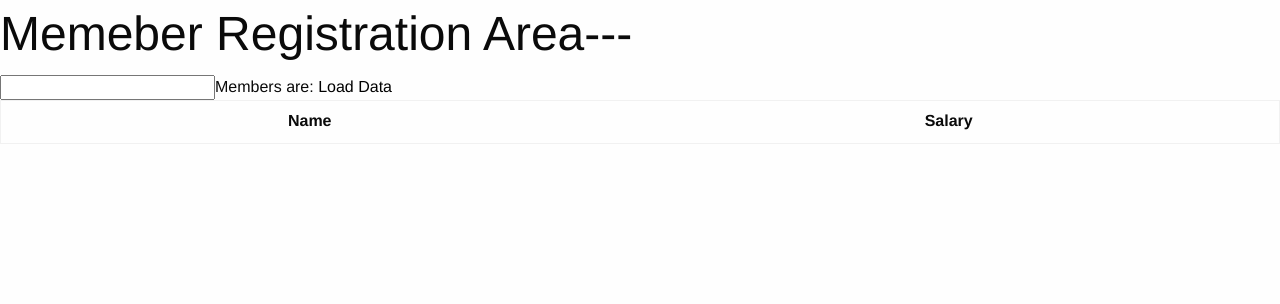
Repository: dhileepankruschev/spring-training
Page: http://localhost/Member/
An editor plug-in stored every save of this project. The page is shown before and after the next save, followed by the edit.
The browser window is 1280 px wide. The pictures show the whole page.
Some web libraries are served in a nearby version. The page is served by Tomcat 9. Nobody is signed in. The application's start-up code is not run. Other server files are loaded and not shown.

Above is the page before, as saved 2016-06-29 05:06:29.

### Member/src/main/webapp/index.jsp

<!DOCTYPE html PUBLIC "-//W3C//DTD HTML 4.01 Transitional//EN" "http://www.w3.org/TR/html4/loose.dtd">
<html>
<head>
<meta http-equiv="Content-Type" content="text/html; charset=ISO-8859-1">
<title>Insert title here</title>
<link
	href="https://cdnjs.cloudflare.com/ajax/libs/foundation/6.2.3/foundation.css"
	rel="stylesheet" />
</head>
<body ng-app="myApp" ng-controller="myController">


<h1>Memeber Registration Area---</h1>
<input type



	<h1>Members are:</h1>
	<button ng-click="loadData()">Load Data</button>
	<table>
		<tr>
			<th>Name</th>
			<th>Salary</th>
		</tr>

		<tr ng-repeat="member in members | orderBy:'name'">
			<td>{{member.name}}</td>
			<td>{{member.salary}}</td>
		</tr>

	</table>

	<script
		src="https://ajax.googleapis.com/ajax/libs/angularjs/1.5.7/angular.min.js
"></script>
	<script>
		var app = angular.module('myApp', []);

		app.controller('myController', function($scope, $http) {
			$scope.loadData = function() {
				$http({
					url : 'rest/findAll',
					method : 'GET'
				}).success(function(data) {
					console.log('Recieved something from the server')
					console.log(data);
					$scope.members = data;
				})
			};


		})
	</script>
</body>
</html>

After the next save:
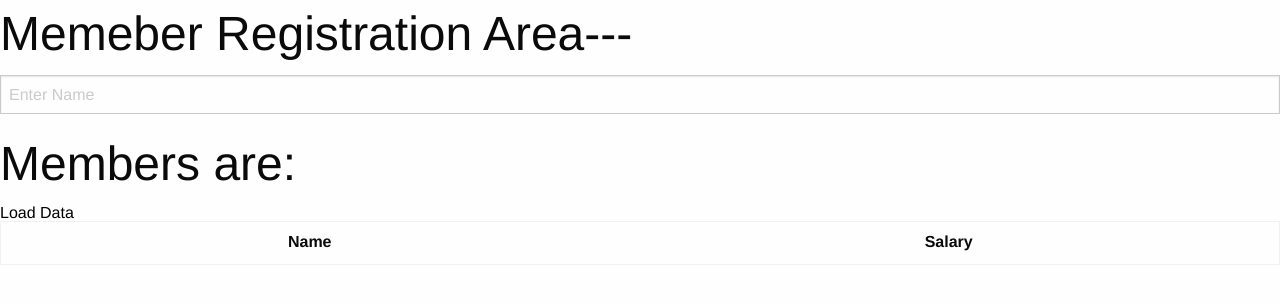
Saved 54 s later.
--- a/Member/src/main/webapp/index.jsp
+++ b/Member/src/main/webapp/index.jsp
@@ -12,7 +12,7 @@
 
 
 <h1>Memeber Registration Area---</h1>
-<input type
+<input type=text ng-model="member.name" placeholder="Enter Name"/>
 
 
 
